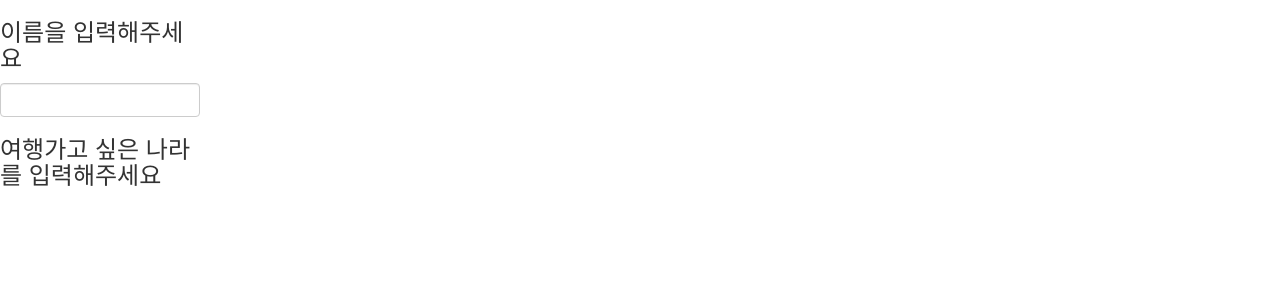
Repository: jungbee2/jungproject
Page: http://localhost/JstlProject/day0330/ex4_choose.jsp
These files come from the project's save history. The page is drawn as it stood at one moment and after the next save; the edit follows.
The browser window is 1280 px wide. The pictures show the whole page.
Some web fonts or font styles are not loaded; a fallback is used. The page is served by Tomcat 9. Other server files are loaded and not shown.

Above is the page before, as saved 2023-03-30 02:08:32.

### JstlProject/src/main/webapp/day0330/ex4_choose.jsp
<%@ page language="java" contentType="text/html; charset=utf-8"
	pageEncoding="utf-8"%>
<%@ taglib uri="http://java.sun.com/jsp/jstl/core" prefix="c"%>
<%@ taglib uri="http://java.sun.com/jsp/jstl/fmt" prefix="fmt"%>
<!DOCTYPE html>
<html>
<head>
<meta charset="utf-8">
<title>Insert title here</title>

<link
	href="https://fonts.googleapis.com/css2?family=Anton&family=Edu+VIC+WA+NT+Beginner:wght@600&family=Gamja+Flower&family=Single+Day&family=Jua&family=Nanum+Pen+Script&display=swap"
	rel="stylesheet">
<link rel="stylesheet"
	href="https://maxcdn.bootstrapcdn.com/bootstrap/3.4.1/css/bootstrap.min.css">
<script src="https://code.jquery.com/jquery-3.6.3.js"></script>

</head>

<body>
<fmt:requestEncoding value="utf-8"/>
<form action="ex4_choose.jsp" method="post" style="width:200px;">
<h3>이름을 입력해주세요</h3>
<input type="text" name="irum" class="form-control">
<h3>여행가고 싶은 나라를 입력해주세요</h3>
</form>
</body>
</html>

After the next save:
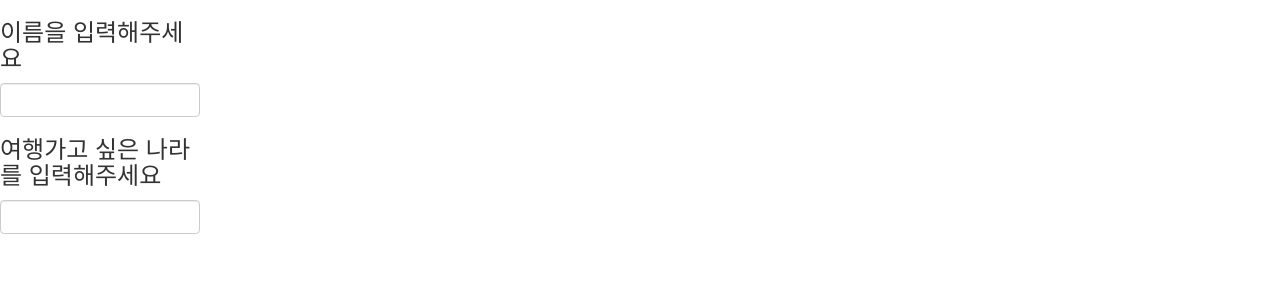
Saved 10 s later.
--- a/JstlProject/src/main/webapp/day0330/ex4_choose.jsp
+++ b/JstlProject/src/main/webapp/day0330/ex4_choose.jsp
@@ -23,6 +23,7 @@
 <h3>이름을 입력해주세요</h3>
 <input type="text" name="irum" class="form-control">
 <h3>여행가고 싶은 나라를 입력해주세요</h3>
+<input type="text" name="nara" class="form-control">
 </form>
 </body>
 </html>
